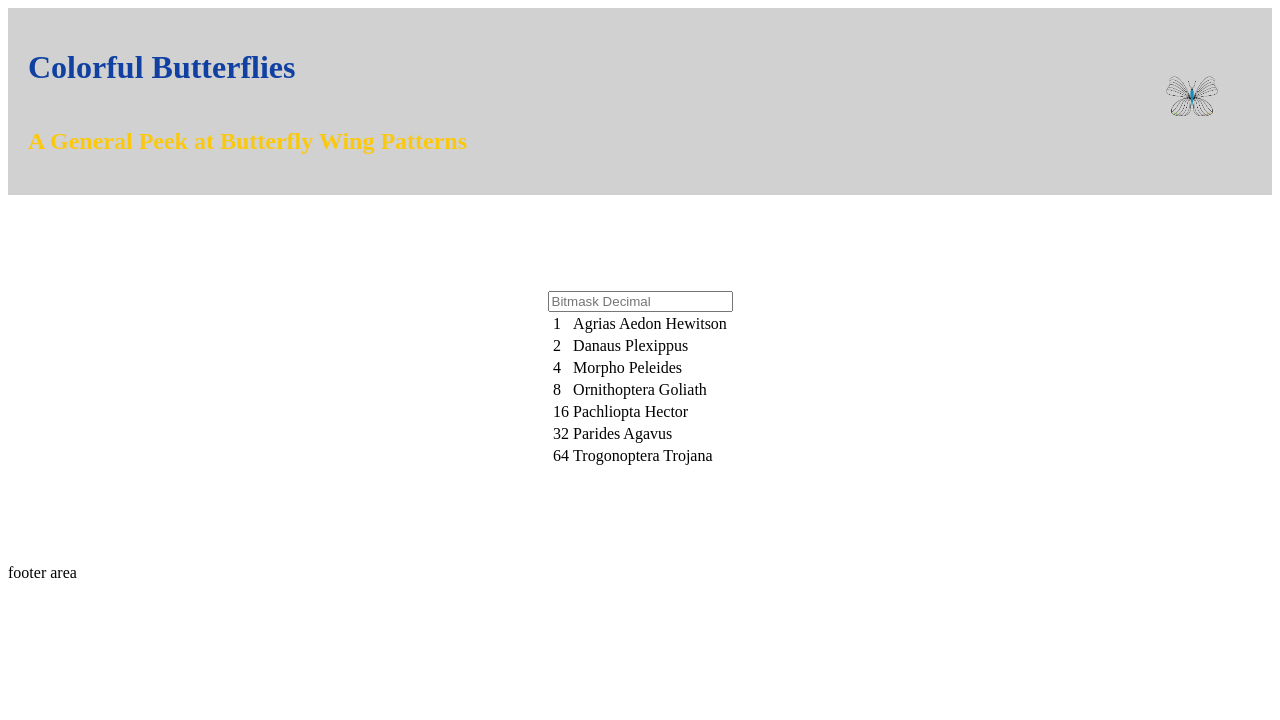
Repository: MeowCeline00/assessment-2
Page: /
These files come from the project's save history. The page is drawn as it stood at one moment and after the next save; the edit follows.
The browser window is 1280 px wide. The pictures show the whole page.
The project was rebuilt for these pictures with package versions that can differ from the ones it lists, and the page was loaded fresh each time. The framework's server and built-in components were replaced by stand-ins that run in the browser. Also part of the build but not shown: next.config.mjs.

Above is the page before, as saved 2024-02-07 21:55:30.

After the next save:
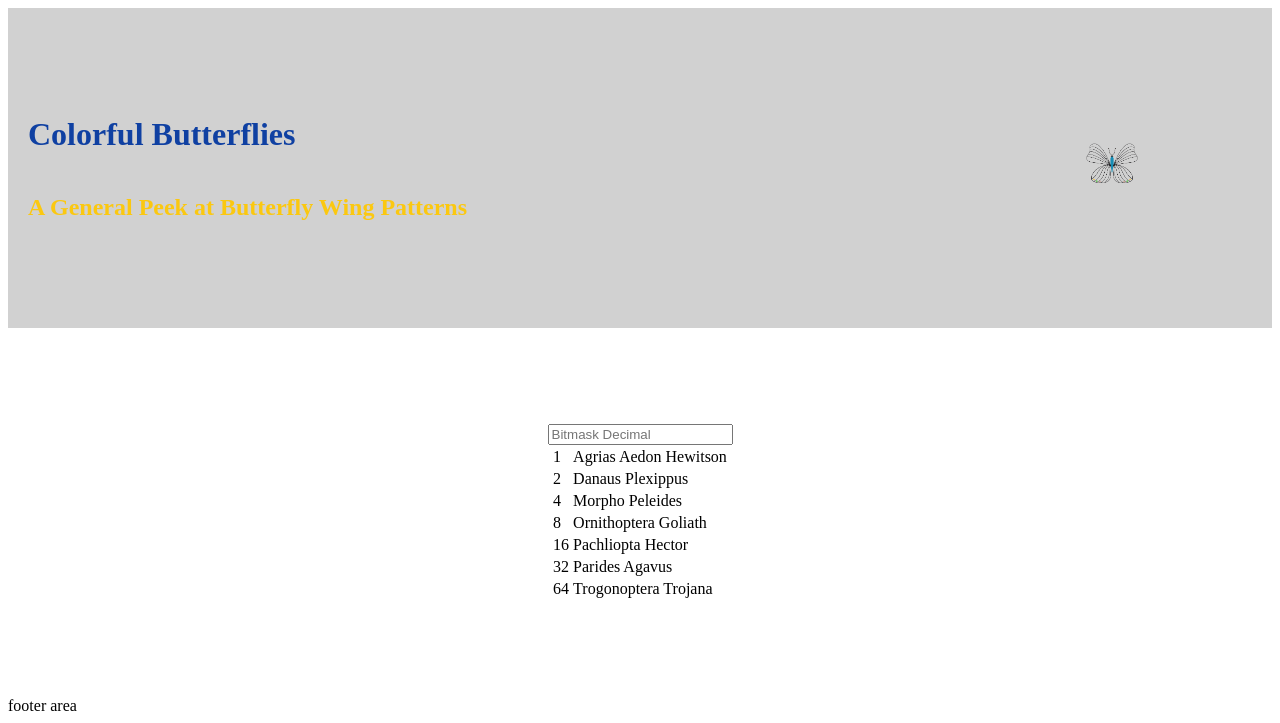
Saved 22 s later.
--- a/Components/Header/Header.module.css
+++ b/Components/Header/Header.module.css
@@ -21,5 +21,5 @@
 
 .logoArea {
   display: flex;
-  padding: 20px;
+  padding: 100px;
 }

After the save that followed:
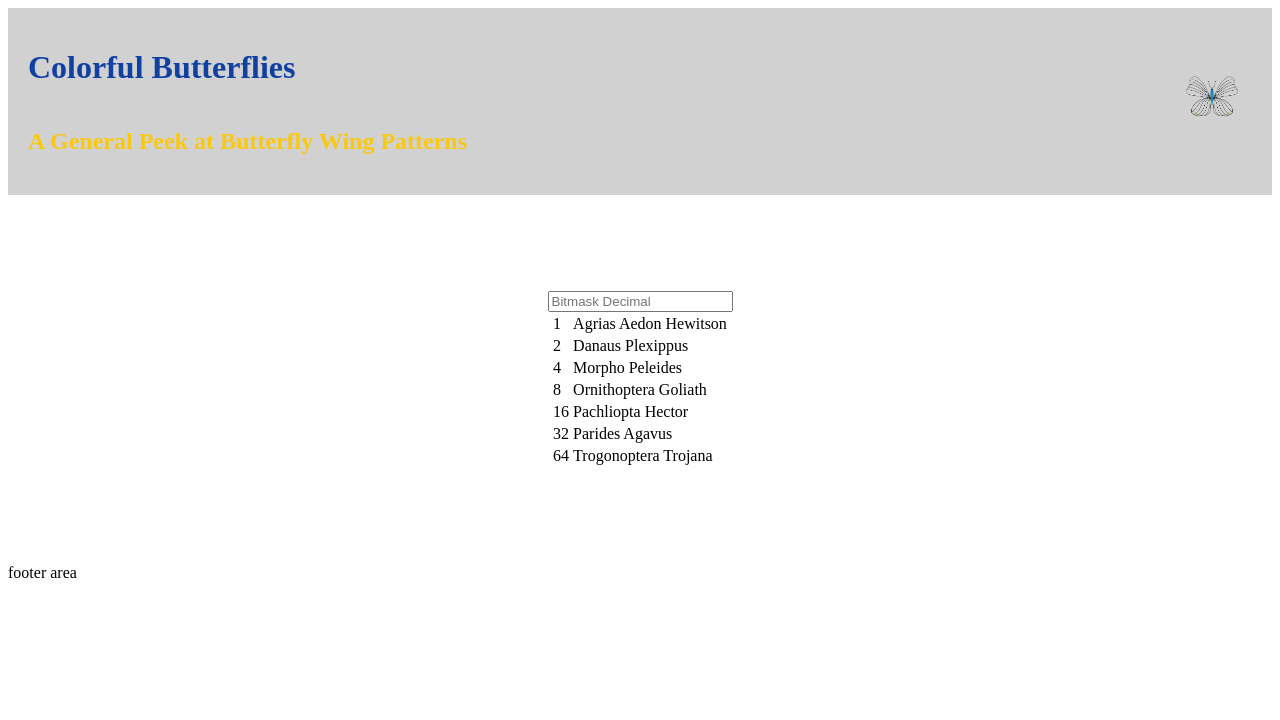
Saved 12 s later.
--- a/Components/Header/Header.module.css
+++ b/Components/Header/Header.module.css
@@ -21,5 +21,5 @@
 
 .logoArea {
   display: flex;
-  padding: 100px;
+  padding: px;
 }
